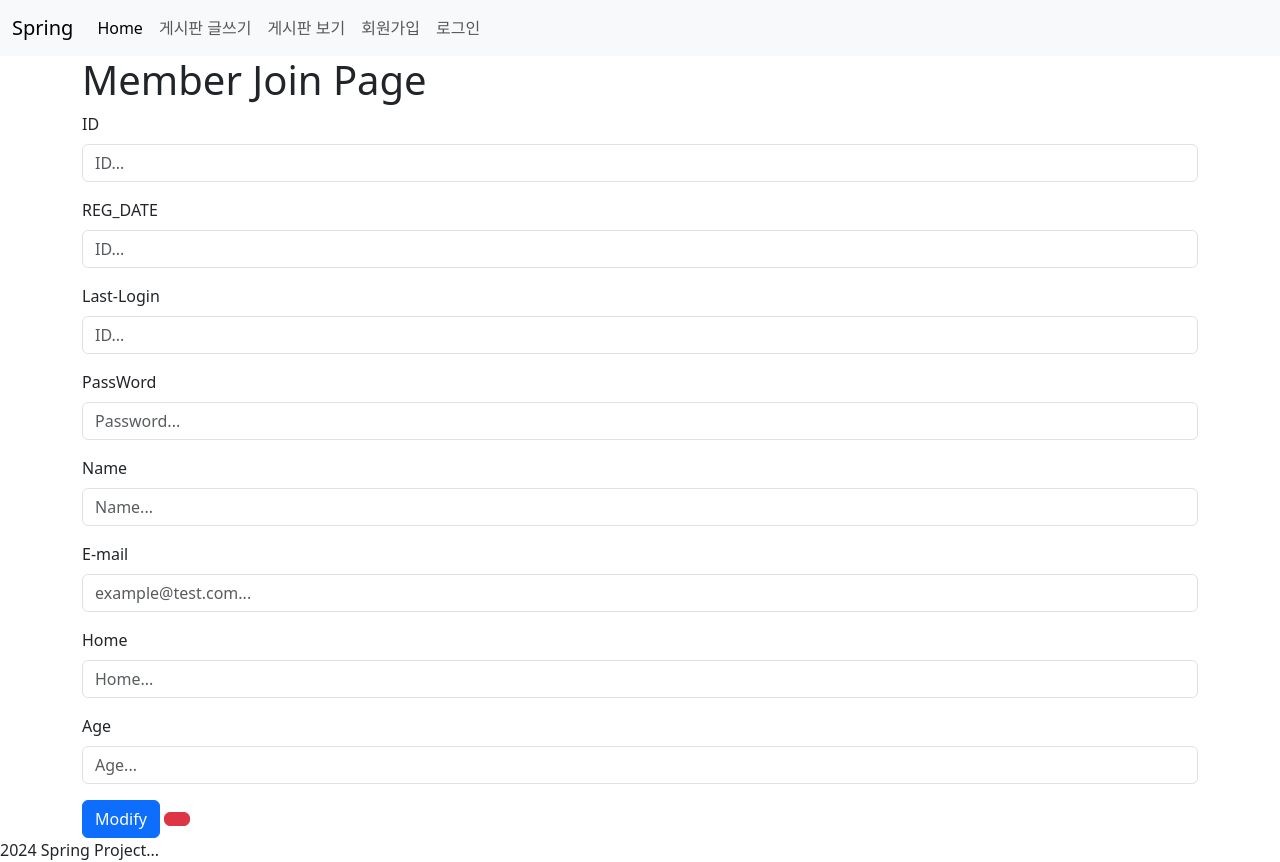
Repository: leechanggyu1118/Spring
Page: http://localhost/spring_study/WEB-INF/views/member/modify.jsp
These files come from the project's save history. The page is drawn as it stood at one moment and after the next save; the edit follows.
The browser window is 1280 px wide. The pictures show the whole page.
The page is served by Tomcat 9. Nobody is signed in. The template is opened directly, without the code that normally fills it, so the values that code supplies are empty.

Above is the page before, as saved 2024-04-26 00:52:05.

### spring_study/src/main/webapp/WEB-INF/views/member/modify.jsp
<%@ page language="java" contentType="text/html; charset=UTF-8"
    pageEncoding="UTF-8"%>

	<jsp:include page="../layout/header.jsp"></jsp:include>
	<div class="container-md">
<h1>Member Join Page</h1>
<form action="/member/modify" method="post">

			<div class="mb-3">
				<label for="i" class="form-label">ID</label>
				<input type="text" class="form-control" name="id" id="i" readonly="readonly" value="${ses.id }" placeholder="ID...">
			</div>
			<div class="mb-3">
				<label for="i" class="form-label">REG_DATE</label>
				<input type="text" class="form-control" name="reg_date" id="i" readonly="readonly" value="${ses.reg_date }" placeholder="ID...">
			</div>
			<div class="mb-3">
				<label for="i" class="form-label">Last-Login</label>
				<input type="text" class="form-control" name="last_login" id="i" readonly="readonly" value="${ses.last_login }" placeholder="ID...">
			</div>

			<div class="mb-3">
				<label for="p" class="form-label">PassWord</label>
				<input type="password" class="form-control" name="pw" id="p" placeholder="Password...">
			</div>

			<div class="mb-3">
				<label for="n" class="form-label">Name</label>
				<input type="text" class="form-control" name="name" id="n" value="${ses.email }" placeholder="Name...">
			</div>

			<div class="mb-3">
				<label for="e" class="form-label">E-mail</label>
				<input type="email" class="form-control" name="email" id="e" value="${ses.email }" placeholder="example@test.com...">
			</div>
			<div class="mb-3">
				<label for="h" class="form-label">Home</label>
				<input type="text" class="form-control" name="home" id="h" value="${ses.home }" placeholder="Home...">
			</div>
			<div class="mb-3">
				<label for="a" class="form-label">Age</label>
				<input type="text" class="form-control" name="age" id="a" value="${ses.age }" placeholder="Age...">
			</div>


			<button type="submit" class="btn btn-primary">Modify</button>
		<a href="/member/remove"> <button type="button" class="btn btn-danger"></button> </a>
		</form>

	</div>
		<jsp:include page="../layout/footer.jsp"></jsp:include>

### spring_study/src/main/webapp/WEB-INF/views/layout/header.jsp
<%@ page language="java" contentType="text/html; charset=UTF-8"
    pageEncoding="UTF-8"%>
    <%@taglib uri="http://java.sun.com/jsp/jstl/core" prefix="c" %>
<!DOCTYPE html>
<html>
<head>
<meta charset="UTF-8">
<title>header.jsp</title>
<link href="https://cdn.jsdelivr.net/npm/bootstrap@5.3.3/dist/css/bootstrap.min.css" rel="stylesheet" integrity="sha384-QWTKZyjpPEjISv5WaRU9OFeRpok6YctnYmDr5pNlyT2bRjXh0JMhjY6hW+ALEwIH" crossorigin="anonymous">
<script src="https://cdn.jsdelivr.net/npm/bootstrap@5.3.3/dist/js/bootstrap.bundle.min.js" integrity="sha384-YvpcrYf0tY3lHB60NNkmXc5s9fDVZLESaAA55NDzOxhy9GkcIdslK1eN7N6jIeHz" crossorigin="anonymous"></script>
</head>
<body>

<nav class="navbar navbar-expand-lg bg-body-tertiary">
  <div class="container-fluid">
    <a class="navbar-brand" href="#">Spring</a>
    <button class="navbar-toggler" type="button" data-bs-toggle="collapse" data-bs-target="#navbarSupportedContent" aria-controls="navbarSupportedContent" aria-expanded="false" aria-label="Toggle navigation">
      <span class="navbar-toggler-icon"></span>
    </button>
    <div class="collapse navbar-collapse" id="navbarSupportedContent">
      <ul class="navbar-nav me-auto mb-2 mb-lg-0">
        <li class="nav-item">
          <a class="nav-link active" aria-current="page" href="/">Home</a>
        </li>
        <li class="nav-item">
          <a class="nav-link" href="/board/register">게시판 글쓰기</a>
        </li>
        <li class="nav-item">
          <a class="nav-link" href="/board/list">게시판 보기</a>
        </li>
        <li class="nav-item">
          <a class="nav-link" href="/member/register">회원가입</a>
        </li>

        <c:if test="${ses.id eq null }">
        <li class="nav-item">
          <a class="nav-link" href="/member/login">로그인</a>
        </li>
        </c:if>

        <c:if test="${ses.id ne null }">
        <li class="nav-item">
          <a class="nav-link" href="/member/logout">로그아웃</a>
        </li>
        <li class="nav-item">
          <a class="nav-link" href="/member/modify">${ses.id }(${ses.email }) welcome!</a>
        </li>
		</c:if>

        </ul>
    </div>
  </div>
</nav>

### spring_study/src/main/webapp/WEB-INF/views/layout/footer.jsp
<%@ page language="java" contentType="text/html; charset=UTF-8"
    pageEncoding="UTF-8"%>
<div>
	2024 Spring Project...
</div>

</body>
</html>

After the next save:
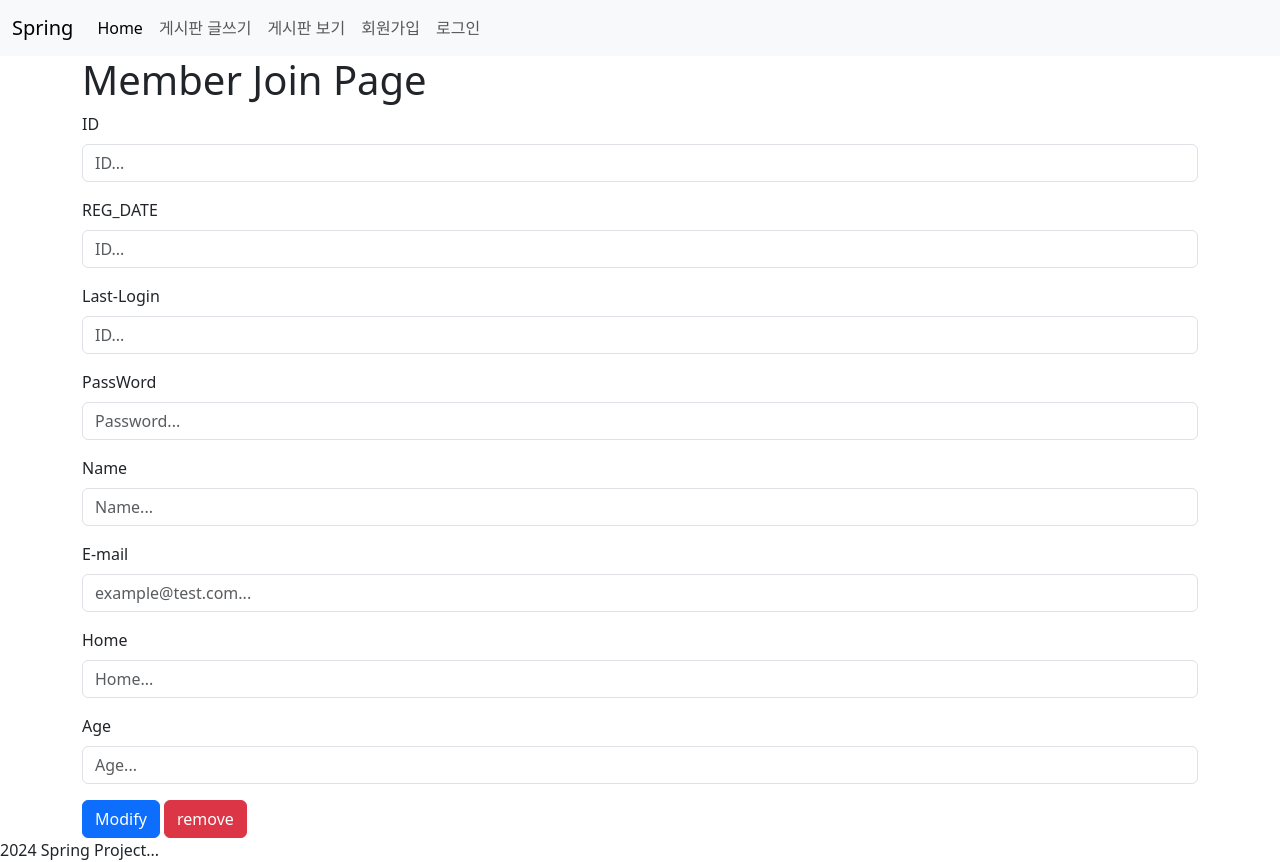
Saved 7 min 41 s later.
--- a/spring_study/src/main/webapp/WEB-INF/views/member/modify.jsp
+++ b/spring_study/src/main/webapp/WEB-INF/views/member/modify.jsp
@@ -44,7 +44,7 @@
 
 
 			<button type="submit" class="btn btn-primary">Modify</button>
-		<a href="/member/remove"> <button type="button" class="btn btn-danger"></button> </a>
+		<a href="/member/remove"> <button type="button" class="btn btn-danger">remove</button> </a>
 		</form>
 
 	</div>
